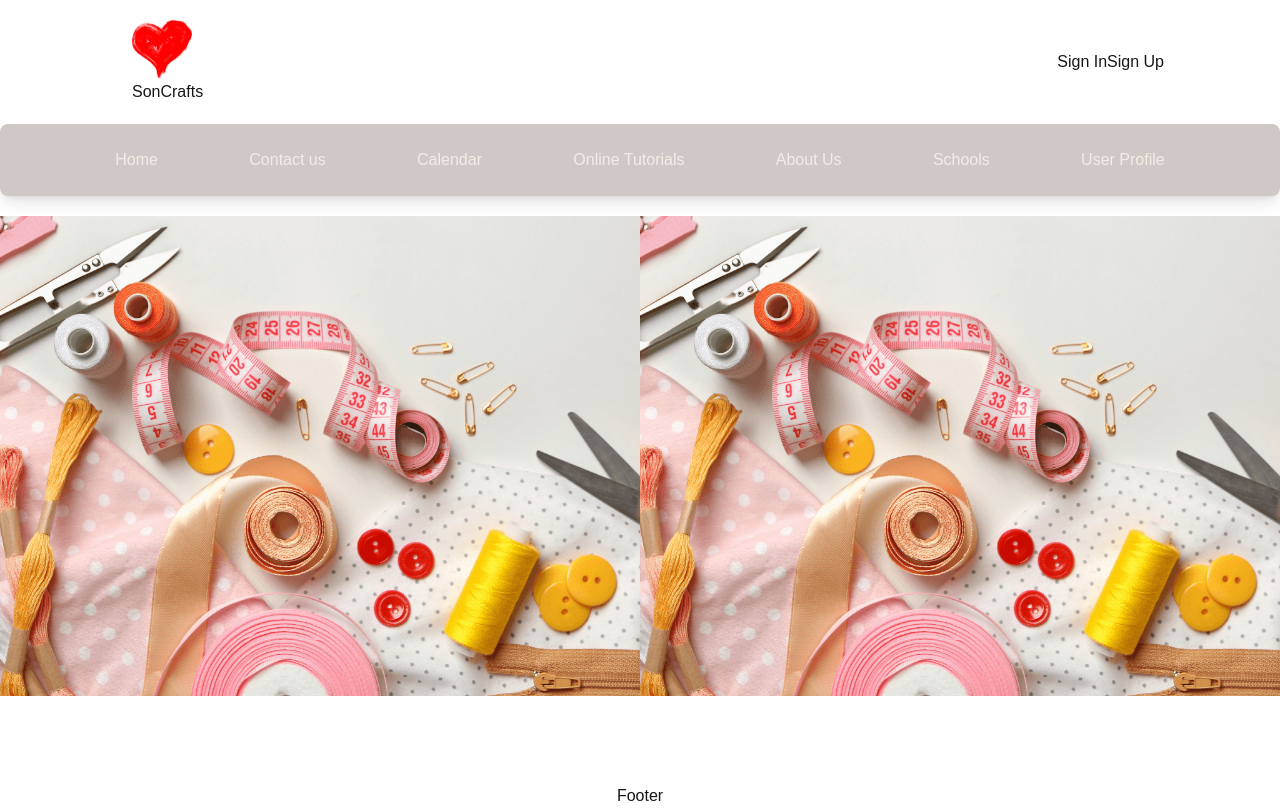
Repository: Ricka001/crafts
Page: /
These files come from the project's save history. The page is drawn as it stood at one moment and after the next save; the edit follows.
The browser window is 1280 px wide. The pictures show the whole page.
The page's requests for data from a server got no answer. The project was rebuilt for these pictures with package versions that can differ from the ones it lists, and the page was loaded fresh each time. Some packages were replaced by stand-ins written for this rebuild. The framework's server and built-in components were replaced by stand-ins that run in the browser. No one was signed in, and anything a server would have sent is missing. Also part of the build but not shown: next.config.mjs.

Above is the page before, as saved 2024-11-22 12:31:39.

After the next save:
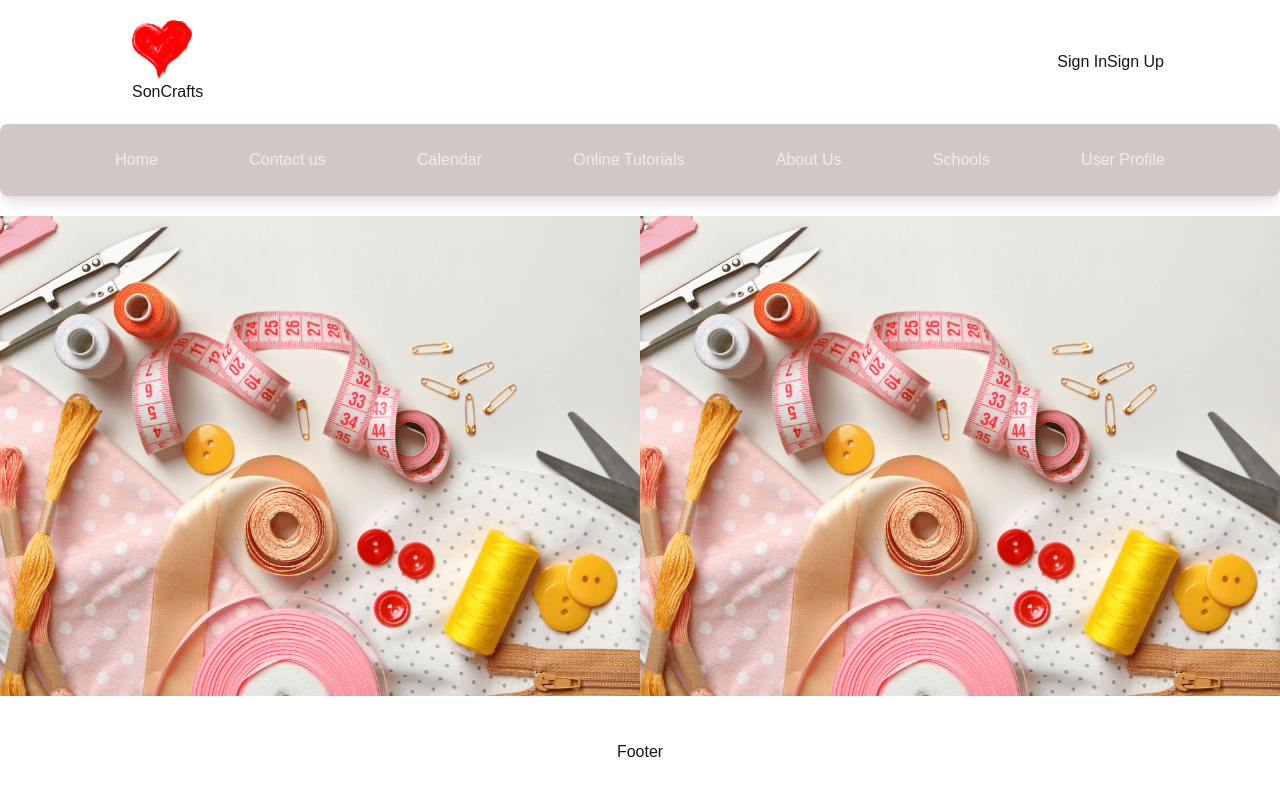
Saved 11 s later.
--- a/src/components/Footer.jsx
+++ b/src/components/Footer.jsx
@@ -1,6 +1,6 @@
 export default function Footer() {
   return (
-    <div className="flex col-end-1 justify-center items-end h-28 bg-white">
+    <div className="flex col-end-1 justify-center items-center h-28 bg-white">
       <h1>Footer</h1>
     </div>
   );
